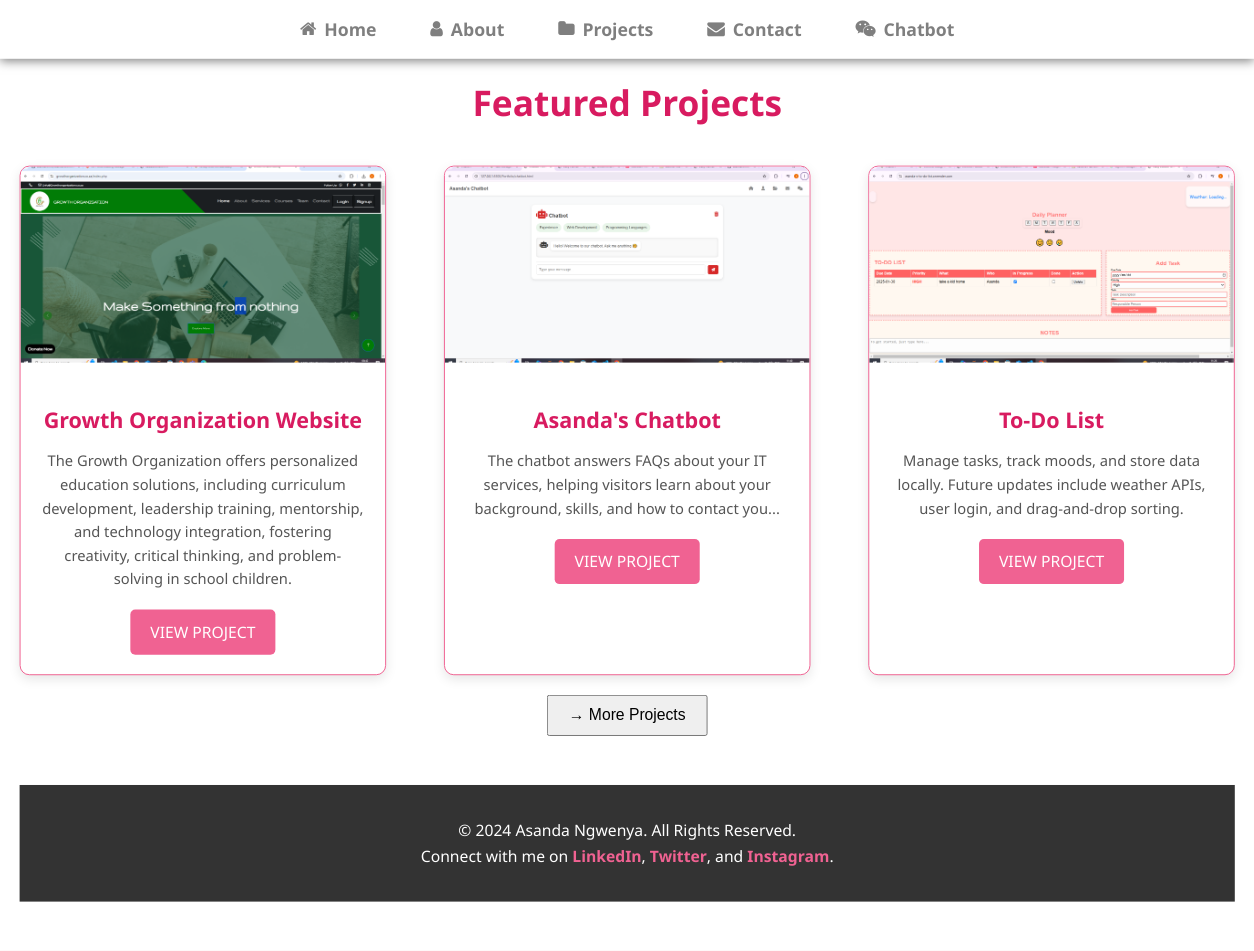
Repository: asandan8106/Asanda-sPortfolio
Page: Portfolio/project.html
These files come from the project's save history. The page is drawn as it stood at one moment and after a run of saves; the edit follows.
The browser window is 1280 px wide. The pictures show the whole page, at 98% of full size.

Above is the page before, as saved 2025-05-19 12:18:03.

After the next 3 saves:
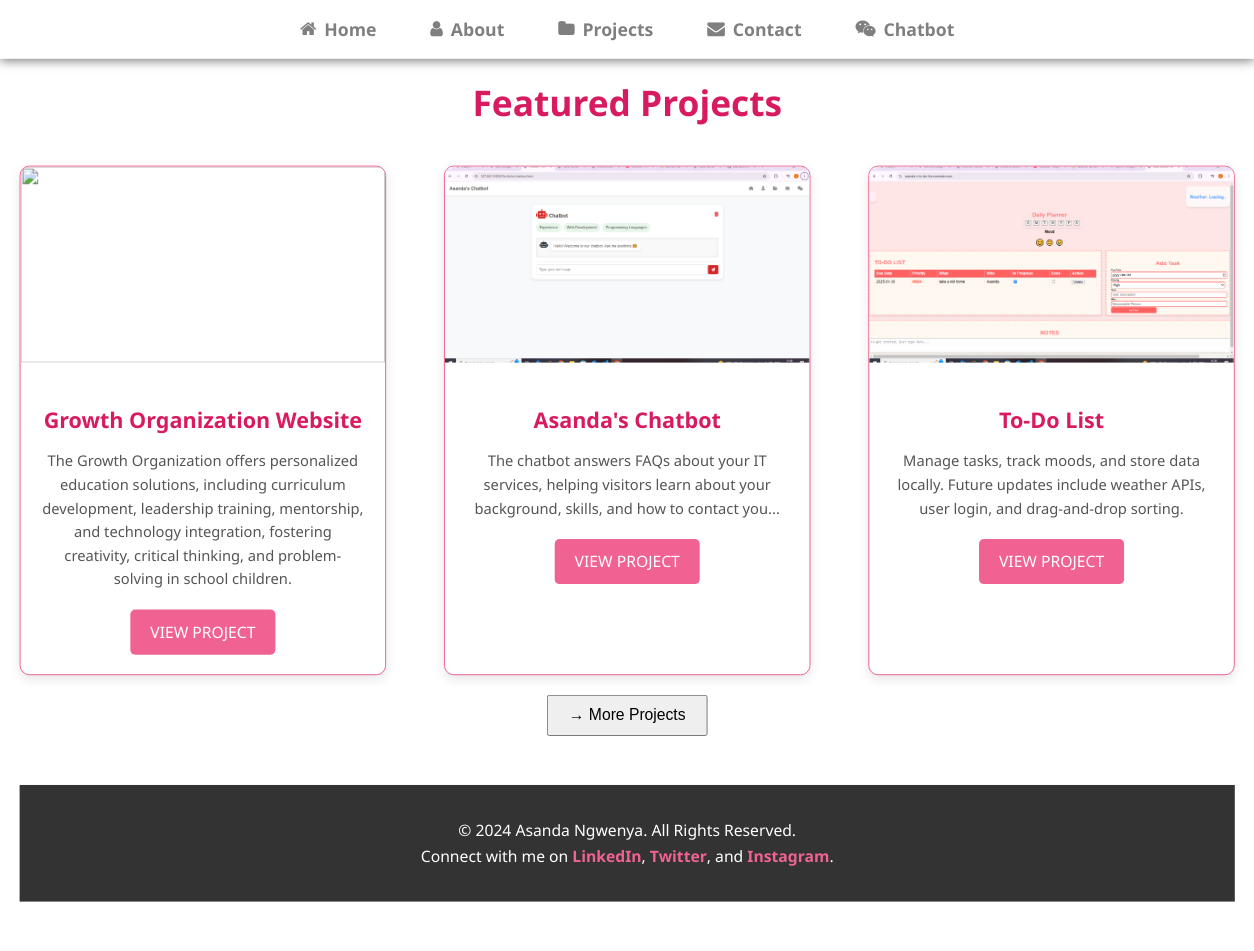
Not found: Portfolio/images/Growth alt=
The 3 saves are shown as one change because they came seconds apart.
The last was saved 17 s later.
--- a/Portfolio/project.html
+++ b/Portfolio/project.html
@@ -31,7 +31,7 @@
     <div class="project-cards">
       <!-- Project 1 -->
       <div class="project-card">
-        <img src="images/Screenshot (109).png" alt="Growth Organization Website Screenshot" />
+        <img src="images/Growth alt="Growth Organization Website Screenshot" />
         <div class="card-content">
           <h2>Growth Organization Website</h2>
           <p>The Growth Organization offers personalized education solutions, including curriculum development, leadership training, mentorship, and technology integration, fostering creativity, critical thinking, and problem-solving in school children.</p>
